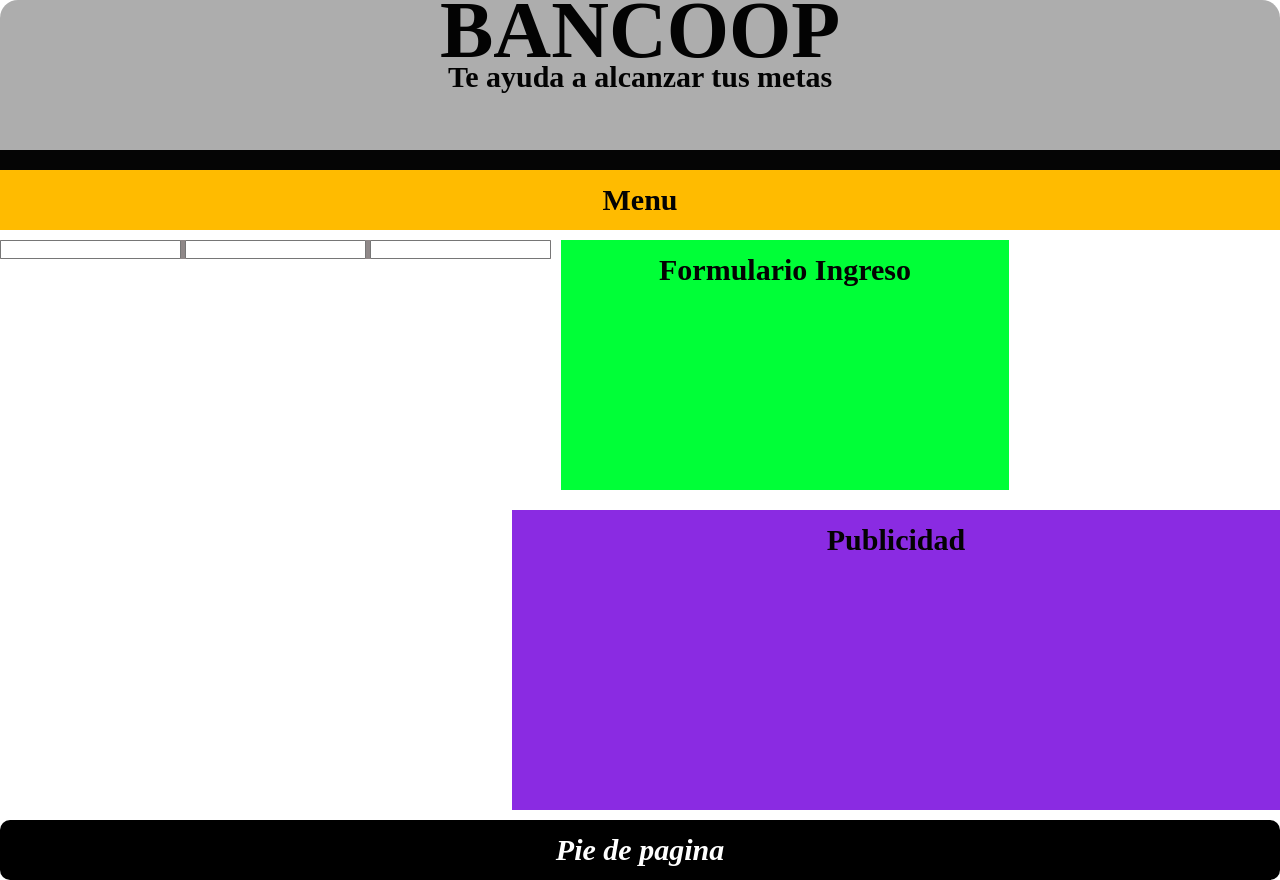
Repository: NickArregoces/BANCOOP
Page: Index.html
An editor plug-in stored every save of this project. The page is shown before and after the next save, followed by the edit.
The browser window is 1280 px wide. The pictures show the whole page.

Above is the page before, as saved 2021-09-29 16:05:43.

### Index.html
<!DOCTYPE html>
<html lang="en">
<head>
    <meta charset="UTF-8">
    <meta http-equiv="X-UA-Compatible" content="IE=edge">
    <meta name="viewport" content="width=device-width, initial-scale=1.0">
    <title>BANCOOP Home</title>
    <link rel="stylesheet" href="/CSS/Style.css">
</head>
<body>
    <div id="contenido">
        <header>
            <h1>BANCOOP</h1>
            <h3>Te ayuda a alcanzar tus metas</h3>
        </header>
        <nav class="barra">

        </nav>
        <nav class="Menu">
            <h2>Menu</h2>
        </main>

        <div id="form">
            <form class="Formulario">
                <input type="text" name="Cuenta">
                <input type="text" name="Tipo">
                <input type="password" name="clave">
            </form>

                <section  id="Contenido">
                    <article>
                        <h2>Formulario Ingreso</h2>
                    </article>
                        </section>

                            <aside>
                                <h2>Publicidad</h2>
                            </aside>

                                <footer>
                                    <h2>Pie de pagina</h2>
                                </footer>

        </div>
    </div>


</body>
</html>

### CSS/Style.css

*{
    margin: 0px;
    padding: 0px;
}
body{
    background: rgb(255, 255, 255);
    color: rgb(3, 3, 3);
}
header{
    width: 100%;
    margin: auto;
    background: rgb(173, 173, 173);
    border-top-left-radius:  18px;
    border-top-right-radius:  18px;
    height: 150px;
}
    header h1{
        font-size: 80px;
        text-align: center;
        line-height: 60px;

    }
    header h3{
        font-size: 30px;
        text-align: center;

}
nav.barra{
    background: rgb(5, 5, 5);
    height: 20px;
}

nav.Menu{
    background: rgb(255, 187, 0);
    height: 60px;
}
    nav.Menu h2{
        font-size: 30px;
        text-align: center;
        line-height: 60px;
}
form{
    background: rgb(143, 136, 136);
    float: left;
    margin-top: 10px;
    margin-right:10px;
    margin-bottom: 10px;
    height: fit-content;
    width:max-content;
}
article {
    width: 35%;
    height: 250px;
    float: left;
    background: rgb(0, 255, 55);
    margin-top: 10px;
    margin-right:10px;
    margin-bottom: 10px;
}
article h2{
    font-size: 30px;
    text-align: center;
    line-height: 40px;

}
aside{
    width: 60%;
    height: 300px;
    background: blueviolet;
    margin-top: 10px;
    float: right;
    margin-bottom: 10px;
}
aside h2{
    font-size: 30px;
    text-align: center;
    line-height: 40px;
}
footer{
    background: black;
    clear: both;
    border-radius: 10px;
}
footer h2{
    font-size: 30px;
    text-align: center;
    line-height: 40px;
    color: white;
    font-style:italic;

}

After the next save:
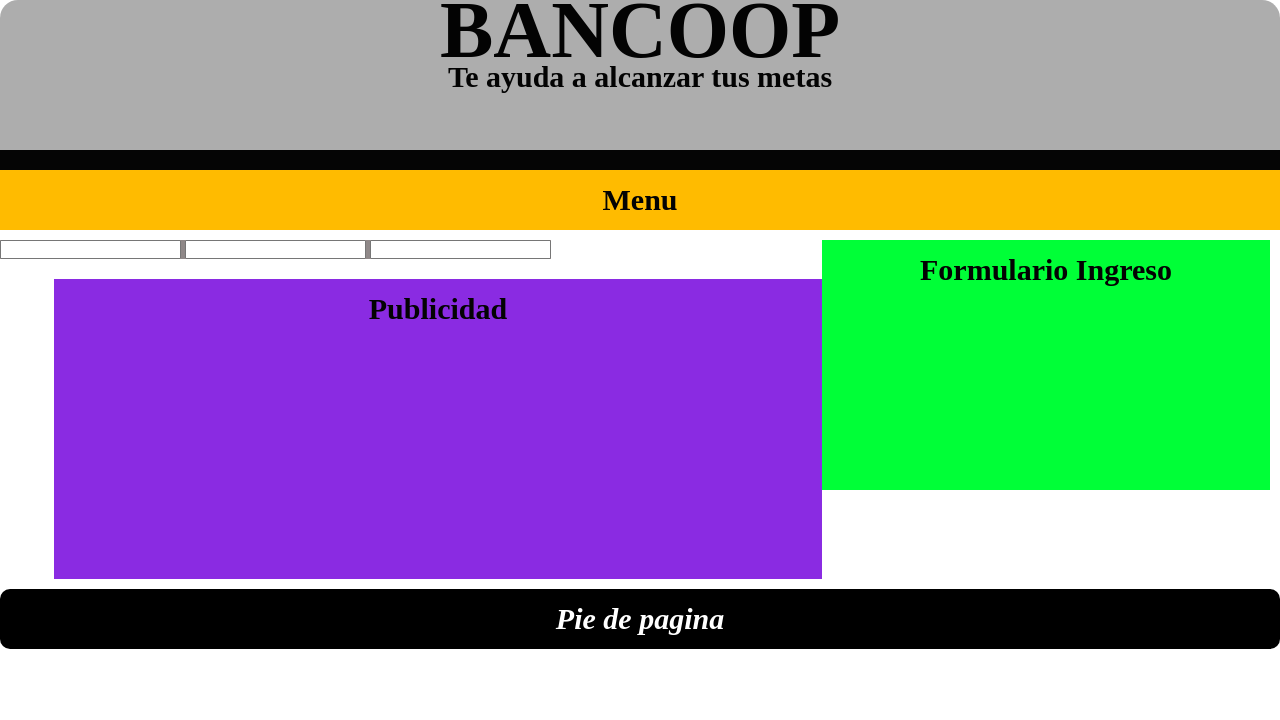
Saved 26 s later.
--- a/CSS/Style.css
+++ b/CSS/Style.css
@@ -47,12 +47,12 @@ form{
     margin-right:10px;
     margin-bottom: 10px;
     height: fit-content;
-    width:max-content;
+    width:;
 }
 article {
     width: 35%;
     height: 250px;
-    float: left;
+    float:inline-end;
     background: rgb(0, 255, 55);
     margin-top: 10px;
     margin-right:10px;

After the save that followed:
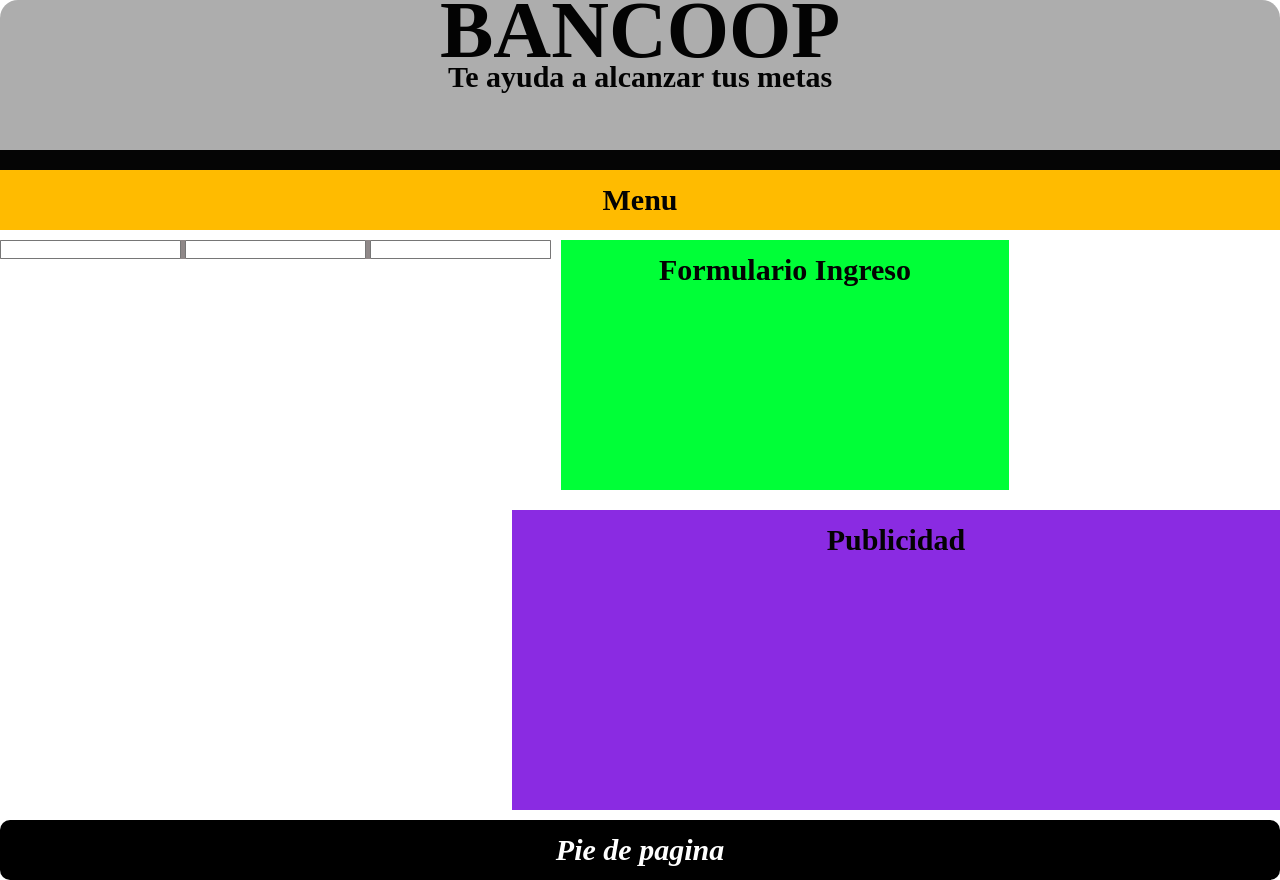
Saved 8 s later.
--- a/CSS/Style.css
+++ b/CSS/Style.css
@@ -52,7 +52,7 @@ form{
 article {
     width: 35%;
     height: 250px;
-    float:inline-end;
+    float:inline-start;
     background: rgb(0, 255, 55);
     margin-top: 10px;
     margin-right:10px;
